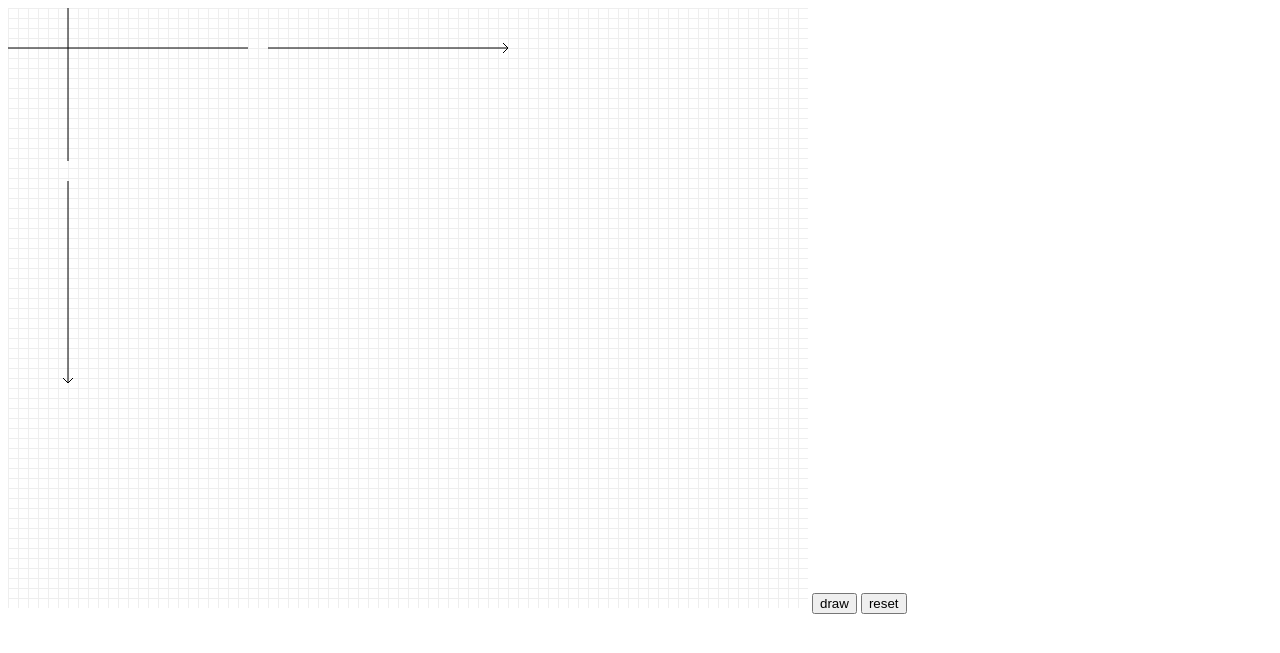
Repository: randgars/game
Page: index.html
The author's editor kept a copy of each file at every save. The page is drawn from the files as they stood at one save, then again after the next save.
The browser window is 1280 px wide. The pictures show the whole page.
After loading, the first visible `button` was clicked once.

Above is the page before, as saved 2017-09-28 11:05:36.

### index.html
<!DOCTYPE html>
<html lang="en">
<head>
    <meta charset="UTF-8">
    <meta name="viewport" content="width=device-width, initial-scale=1.0">
    <meta http-equiv="X-UA-Compatible" content="ie=edge">
    <title>Document</title>
</head>
<body>
    <canvas id="b" width="800" height="600"></canvas>
    <button onclick="draw_b()">draw</button>
    <button onclick="reset_b()">reset</button>
    <script>
        function draw_b() {
            var canvas = document.getElementById("b");
            var context = canvas.getContext("2d");
            for (var x = 0.5; x < 800; x += 10) {
                context.moveTo(x, 0);
                context.lineTo(x, 600);
            }
            for (var y = 0.5; y < 600; y += 10) {
                context.moveTo(0, y);
                context.lineTo(800, y);
            }
            context.strokeStyle = "#eee";
            context.stroke();
            context.beginPath();
            context.moveTo(0, 40);
            context.lineTo(240, 40);
            context.moveTo(260, 40);
            context.lineTo(500, 40);
            context.moveTo(495, 35);
            context.lineTo(500, 40);
            context.lineTo(495, 45);
            context.moveTo(60, 0);
            context.lineTo(60, 153);
            context.moveTo(60, 173);
            context.lineTo(60, 375);
            context.moveTo(65, 370);
            context.lineTo(60, 375);
            context.lineTo(55, 370);
            context.strokeStyle = "#000";
            context.stroke();
        };
        function reset_b() {
            var canvas = document.getElementById("b");
            canvas.width = canvas.width;
        }
    </script>
</body>
</html>

After the next save:
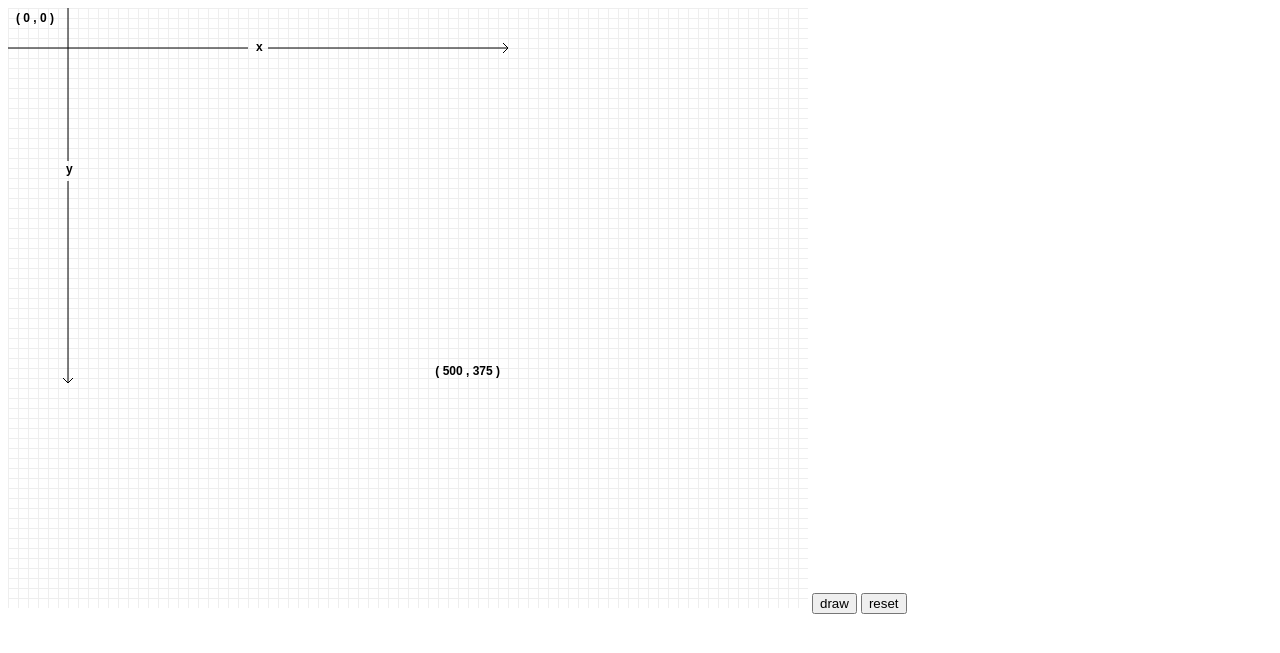
Saved 7 min 14 s later.
--- a/index.html
+++ b/index.html
@@ -24,6 +24,7 @@
             }
             context.strokeStyle = "#eee";
             context.stroke();
+
             context.beginPath();
             context.moveTo(0, 40);
             context.lineTo(240, 40);
@@ -41,6 +42,17 @@
             context.lineTo(55, 370);
             context.strokeStyle = "#000";
             context.stroke();
+
+            context.font = "bold 12px sans-serif";
+            context.fillText("x", 248, 43);
+            context.fillText("y", 58, 165);
+
+            context.textBaseline = "top";
+            context.fillText("( 0 , 0 )", 8, 5);
+
+            context.textAlign = "right";
+            context.textBaseline = "bottom";
+            context.fillText("( 500 , 375 )", 492, 370);
         };
         function reset_b() {
             var canvas = document.getElementById("b");
